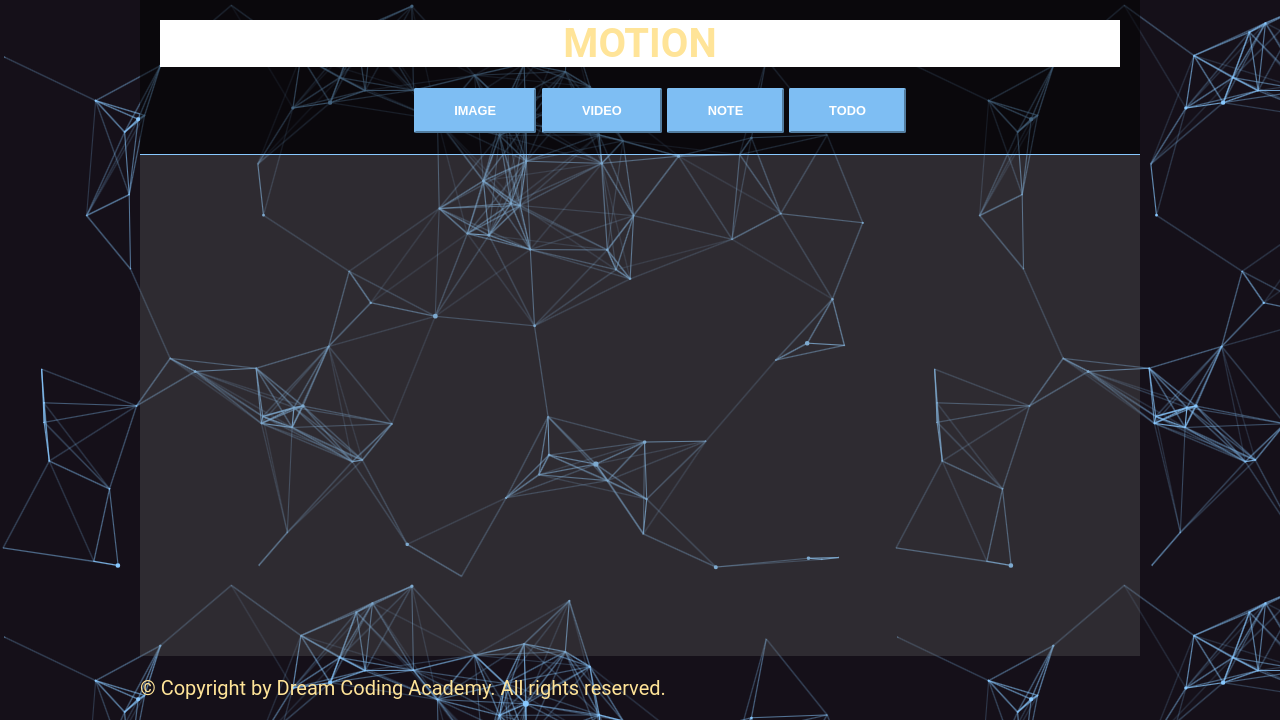
Repository: chefkuna/Motion
Page: index.html
An editor plug-in stored every save of this project. The page is shown before and after the next save, followed by the edit.
The browser window is 1280 px wide. The pictures show the whole page.

Above is the page before, as saved 2022-08-21 14:48:21.

After the next save:
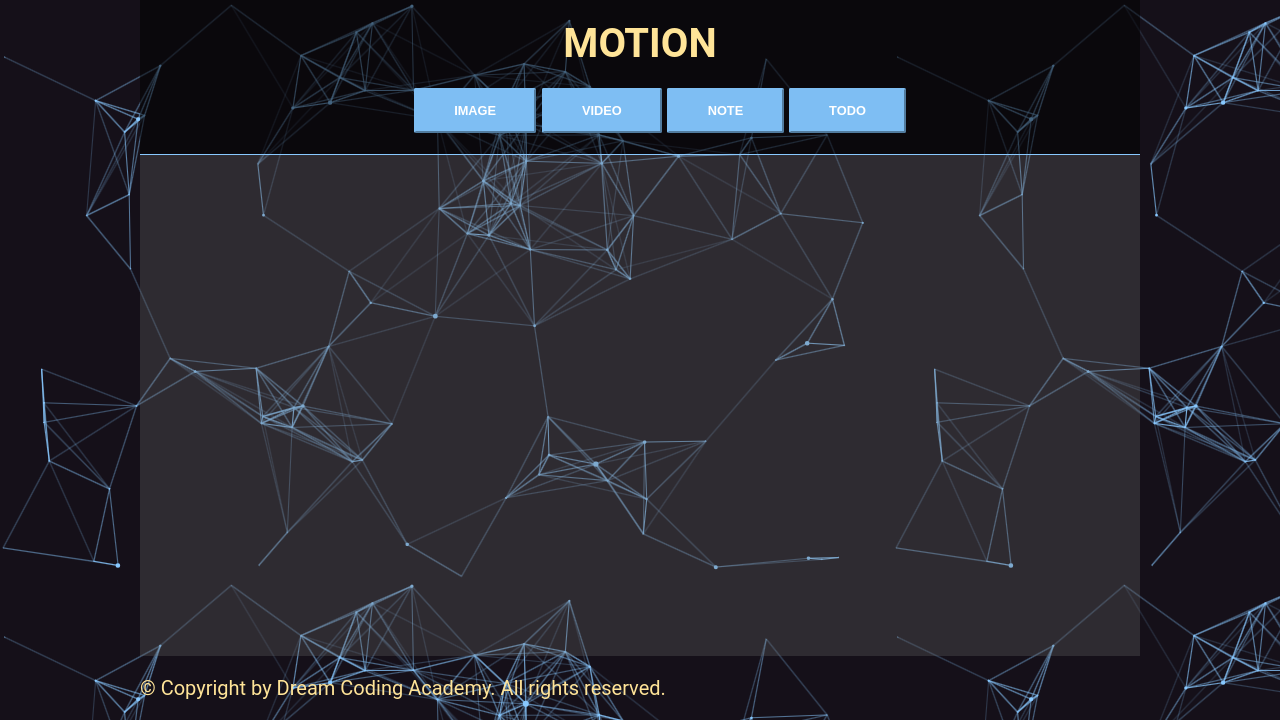
Saved 100 s later.
--- a/style/style.css
+++ b/style/style.css
@@ -50,7 +50,6 @@ body {
 }
 
 .banner__title {
-  background-color: #fff;
   color: var(--text-accent-color);
   margin: 20px;
   text-align: center;
@@ -86,3 +85,7 @@ body {
   background-color: var(--bg-accent-color);
   width: 6px;
 }
+
+.document::-webkit-scrollbar-thumb {
+  ba
+}
